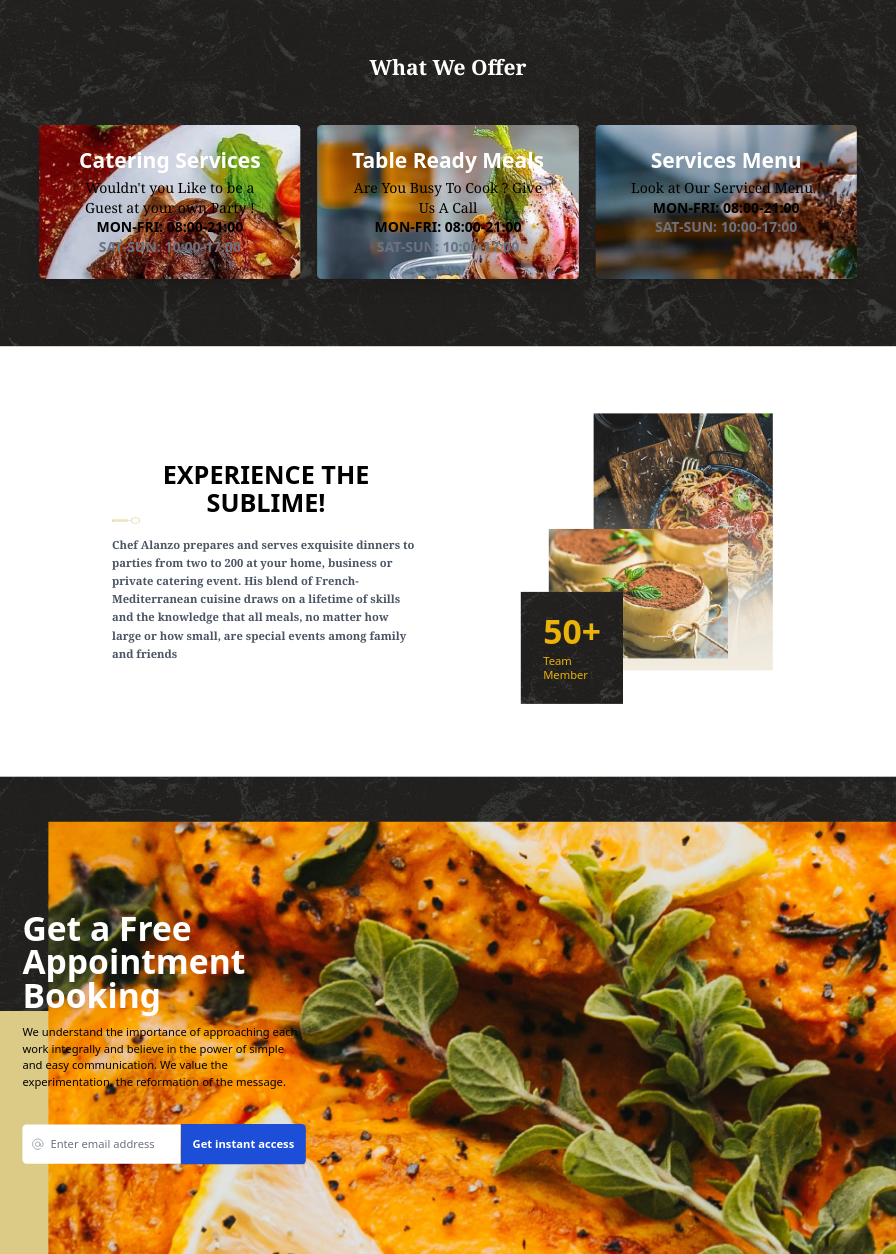
Repository: remydev47/alanzo
Page: /
These files come from the project's save history. The page is drawn as it stood at one moment and after the next save; the edit follows.
The browser window is 1280 px wide. The pictures show the part of the page from y = 821 to 2741 px (the page is 2613 px tall before and 2741 px after), at 70% of full size.
The project was rebuilt for these pictures with package versions that can differ from the ones it lists, and the page was loaded fresh each time. The framework's server and built-in components were replaced by stand-ins that run in the browser. Also part of the build but not shown: next.config.js, components/Catering.tsx, components/Menu.tsx, components/Testimonials.tsx, components/CTA.tsx, components/Footer.tsx.

Above is the page before, as saved 2022-12-17 12:43:49.

After the next save:
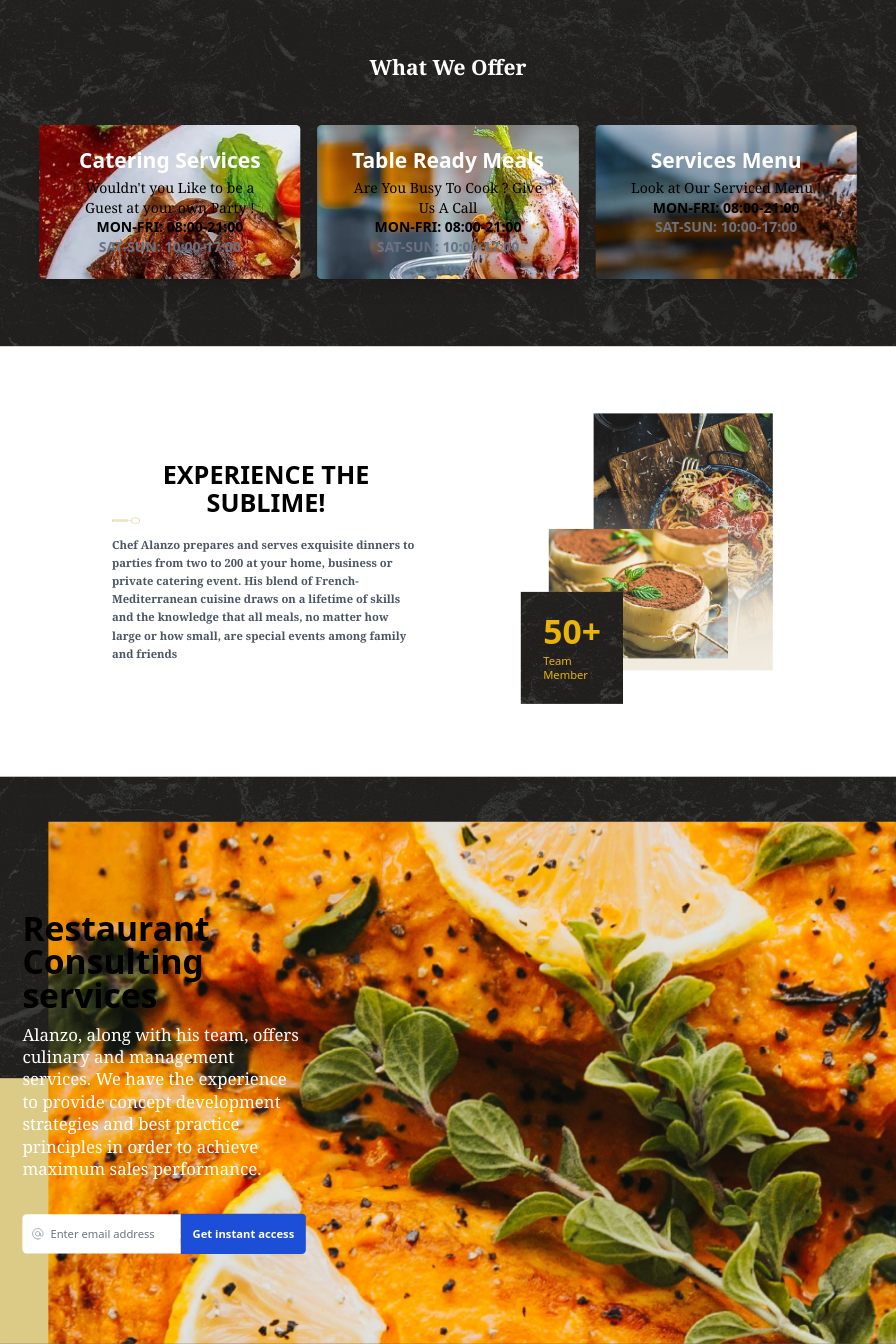
Saved 2 min 38 s later.
--- a/components/Consulting.tsx
+++ b/components/Consulting.tsx
@@ -8,9 +8,9 @@ const Consulting = () => {
    </div>
   <div className="relative px-4 mx-auto sm:px-6 lg:px-8 max-w-7xl">
      <div className="text-center md:w-2/3 lg:w-1/2 xl:w-1/3 md:text-left">
-         <h2 className="text-3xl font-bold leading-tight text-white sm:text-4xl lg:text-5xl">Get a Free Appointment Booking</h2>
-         <p className="mt-4 text-base text-black">
-         We understand the importance of approaching each work integrally and believe in the power of simple and easy communication. We value the experimentation, the reformation of the message.
+         <h2 className="text-3xl font-bold leading-tight text-black sm:text-4xl lg:text-5xl">Restaurant Consulting services</h2>
+         <p className="mt-4 text-2xl text-white font-serif">
+          Alanzo, along with his team, offers culinary and management services. We have the experience to provide concept development strategies and best practice principles in order to achieve maximum sales performance.
          </p>
 
          <form action="#" method="POST" className="mt-8 lg:mt-12">
